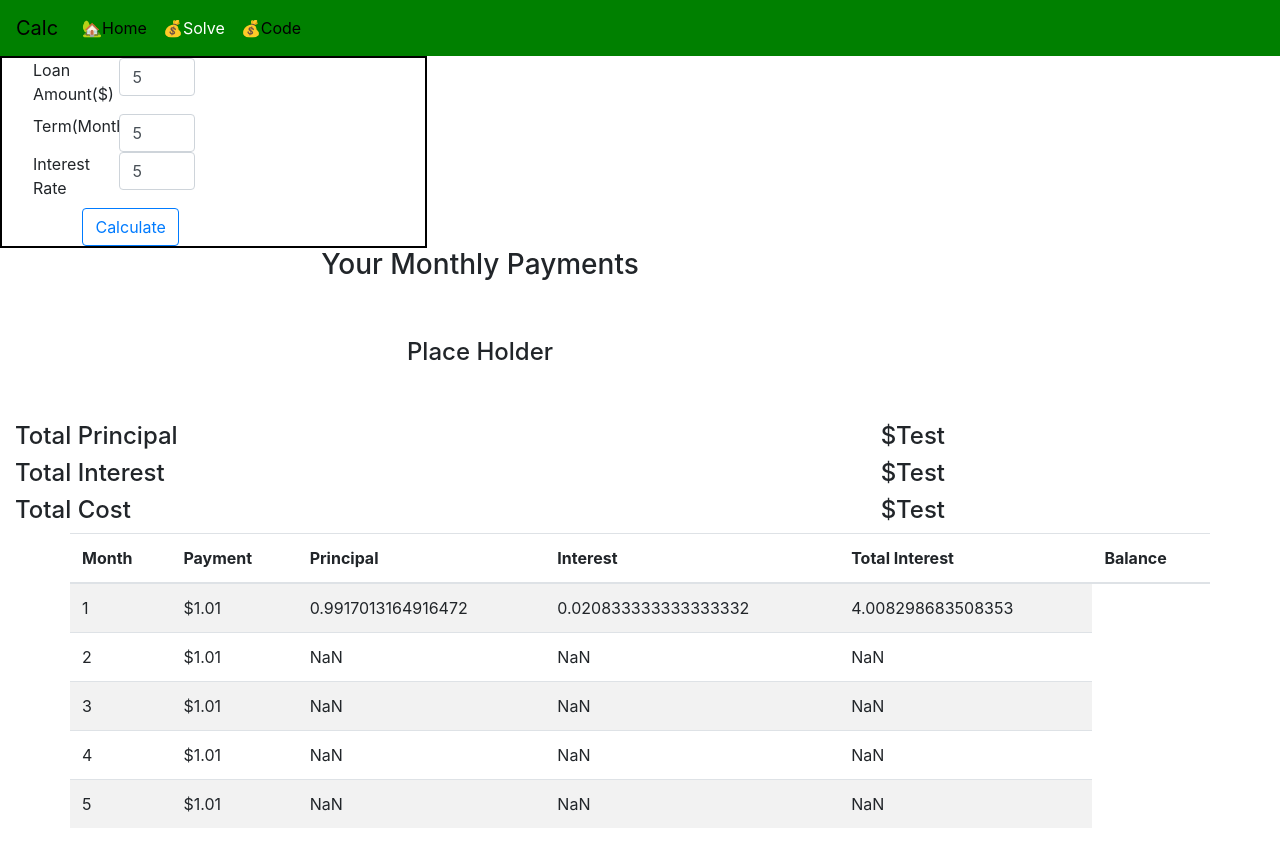
Repository: zhadjah9559/MortgageManager
Page: solve.html
These files come from the project's save history. The page is drawn as it stood at one moment and after a run of saves; the edit follows.
The browser window is 1280 px wide. The pictures show the whole page.
Empty fields were first filled with sample values (such as "Sample", 5 or name@example.com).
After loading, the first visible `button.btn` was clicked once.

Above is the page before, as saved 2021-01-16 14:30:35.

### solve.html
<!doctype html>
<html lang="en">
  <head>
    <title>Mortgage Loan Calculator</title>
    <!-- Required meta tags -->
    <meta charset="utf-8">
    <meta name="viewport" content="width=device-width, initial-scale=1, shrink-to-fit=no">

    <!-- Bootstrap CSS -->
    <link rel="stylesheet" href="https://stackpath.bootstrapcdn.com/bootstrap/4.3.1/css/bootstrap.min.css" integrity="sha384-ggOyR0iXCbMQv3Xipma34MD+dH/1fQ784/j6cY/iJTQUOhcWr7x9JvoRxT2MZw1T" crossorigin="anonymous">
    <link rel="stylesheet" href="css/custom.css">
    <link rel="stylesheet" href="css/prism.css">
  </head>
  <body>

    <nav class="navbar navbar-expand-sm navbar-dark" style="background-color: green;">
        <a class="navbar-brand" href="#">Calc</a>
        <button class="navbar-toggler d-lg-none" type="button" data-toggle="collapse" data-target="#collapsibleNavId" aria-controls="collapsibleNavId"
            aria-expanded="false" aria-label="Toggle navigation"></button>
        <div class="collapse navbar-collapse" id="collapsibleNavId">
            <ul class="navbar-nav mr-auto mt-2 mt-lg-0">
                <li class="nav-item ">
                    <a class="nav-link" href="index.html">🏡Home </a>
                </li>
                <li class="nav-item active">
                    <a class="nav-link" href="solve.html">💰Solve <span class="sr-only">(current)</span></a>
                </li>
                <li class="nav-item">
                    <a class="nav-link" href="code.html">💰Code</a>
                </li>
            </ul>
        </div>
    </nav>

    </div>

    <div class="container-fluid">
        <div class="row">

            <div class="col-lg-4" style="border:2px solid black;">
                <div class="row">
                    <div class="col-2 ml-3">
                        <label for="Loan Amount">Loan Amount($)</label>
                    </div>
                    <div class="col-3 ml-3">
                        <input type="number" class="form-control" id="loanAmount" placeholder="100000">
                    </div>
                </div>
                <div class="row">
                    <div class="col-2 ml-3">
                        <label for="Term">Term(Months)</label>
                    </div>
                    <div class="col-3 ml-3">
                        <input type="number" class="form-control" id="months" placeholder="60">
                    </div>
                </div>
                <div class="row">
                    <div class="col-2 ml-3">
                        <label for="Interest Rate">Interest Rate</label>
                    </div>
                    <div class="col-3 ml-3">
                        <input type="number" class="form-control" id="interestRate" placeholder="3.5%">
                    </div>
                </div>
                <div class="row offset-2">
                    <button class="btn btn-outline-primary" type="submit" onclick="calculateLoan()">Calculate</button>
                </div>
            </div>



            <div class="col-lg-9 mr-3" style="border:px solid black;">
                <div class="row justify-content-center">
                    <h3>Your Monthly Payments</h3>
                </div>


                <div class="row justify-content-center mt-5">
                    <h4 id="monthlyPayment">Place Holder</h4>
                </div>


                <div class="row justify-content-center mt-5">
                    <div class="col-3">
                        <h4>Total Principal</h4>
                    </div>
                    <div class="col-3 offset-6">
                        <h4 id="totalPrincipalOutput" class="text-right">$Test</h4>
                    </div>


                    <div class="col-3">
                        <h4>Total Interest</h4>
                    </div>
                    <div class="col-3 offset-6">
                        <h4 id="totalInterestOutput" class="text-right">$Test</h4>
                    </div>


                    <div class="col-3">
                        <h4>Total Cost</h4>
                    </div>
                    <div class="col-3 offset-6">
                        <h4 id="totalCostOutput" class="text-right">$Test</h4>
                    </div>

                </div>
            </div>

        </div>
    </div>


    <div class="container">
        <div class="row">
            <table class="table table-striped">
                <thead>
                    <tr>
                        <th>Month</th>
                        <th>Payment</th>
                        <th>Principal</th>
                        <th>Interest</th>
                        <th>Total Interest</th>
                        <th>Balance</th>
                    </tr>
                </thead>
                <tbody id="tBody">

                </tbody>
            </table>
        </div>
    </div>



    <!-- Optional JavaScript -->
    <!-- jQuery first, then Popper.js, then Bootstrap JS -->
    <script src="https://code.jquery.com/jquery-3.3.1.slim.min.js" integrity="sha384-q8i/X+965DzO0rT7abK41JStQIAqVgRVzpbzo5smXKp4YfRvH+8abtTE1Pi6jizo" crossorigin="anonymous"></script>
    <script src="https://cdnjs.cloudflare.com/ajax/libs/popper.js/1.14.7/umd/popper.min.js" integrity="sha384-UO2eT0CpHqdSJQ6hJty5KVphtPhzWj9WO1clHTMGa3JDZwrnQq4sF86dIHNDz0W1" crossorigin="anonymous"></script>
    <script src="https://stackpath.bootstrapcdn.com/bootstrap/4.3.1/js/bootstrap.min.js" integrity="sha384-JjSmVgyd0p3pXB1rRibZUAYoIIy6OrQ6VrjIEaFf/nJGzIxFDsf4x0xIM+B07jRM" crossorigin="anonymous"></script>
    <script src="js/custom.js"></script>
    <script src="js/prism.js"></script>
  </body>
</html>

### css/custom.css
.navbar-dark .navbar-nav .active>.nav-link{
    color:white;
}
.navbar-dark .navbar-nav .nav-link{
    color:black;
}
.navbar .navbar-brand{
    color:black;
}

### css/prism.css
/* PrismJS 1.23.0
https://prismjs.com/download.html#themes=prism-okaidia&languages=markup+css+clike+javascript&plugins=normalize-whitespace */
/**
 * okaidia theme for JavaScript, CSS and HTML
 * Loosely based on Monokai textmate theme by http://www.monokai.nl/
 * @author ocodia
 */

code[class*="language-"],
pre[class*="language-"] {
	color: #f8f8f2;
	background: none;
	text-shadow: 0 1px rgba(0, 0, 0, 0.3);
	font-family: Consolas, Monaco, 'Andale Mono', 'Ubuntu Mono', monospace;
	font-size: 1em;
	text-align: left;
	white-space: pre;
	word-spacing: normal;
	word-break: normal;
	word-wrap: normal;
	line-height: 1.5;

	-moz-tab-size: 4;
	-o-tab-size: 4;
	tab-size: 4;

	-webkit-hyphens: none;
	-moz-hyphens: none;
	-ms-hyphens: none;
	hyphens: none;
}

/* Code blocks */
pre[class*="language-"] {
	padding: 1em;
	margin: .5em 0;
	overflow: auto;
	border-radius: 0.3em;
}

:not(pre) > code[class*="language-"],
pre[class*="language-"] {
	background: #272822;
}

/* Inline code */
:not(pre) > code[class*="language-"] {
	padding: .1em;
	border-radius: .3em;
	white-space: normal;
}

.token.comment,
.token.prolog,
.token.doctype,
.token.cdata {
	color: #8292a2;
}

.token.punctuation {
	color: #f8f8f2;
}

.token.namespace {
	opacity: .7;
}

.token.property,
.token.tag,
.token.constant,
.token.symbol,
.token.deleted {
	color: #f92672;
}

.token.boolean,
.token.number {
	color: #ae81ff;
}

.token.selector,
.token.attr-name,
.token.string,
.token.char,
.token.builtin,
.token.inserted {
	color: #a6e22e;
}

.token.operator,
.token.entity,
.token.url,
.language-css .token.string,
.style .token.string,
.token.variable {
	color: #f8f8f2;
}

.token.atrule,
.token.attr-value,
.token.function,
.token.class-name {
	color: #e6db74;
}

.token.keyword {
	color: #66d9ef;
}

.token.regex,
.token.important {
	color: #fd971f;
}

.token.important,
.token.bold {
	font-weight: bold;
}
.token.italic {
	font-style: italic;
}

.token.entity {
	cursor: help;
}

### js/custom.js
function calculateLoan(){
    let loanAmount = parseInt( document.getElementById("loanAmount").value )
    let months = parseInt( document.getElementById("months").value )
    //before the very first month
    let remainingBalance = new Array()
    remainingBalance.push( loanAmount )

    //DONT FORGET TO CONVERT THIS TO A PERCENTAGE
    let interestRate = parseInt( document.getElementById("interestRate").value )

    //Keep track of interest payments
    let interestPayment = new Array();

    //Keep track of principal payments
    let principalPayments = new Array();

    //END OF DECLARATIONS*******************************************************

    //input validation to make sure interest is solid number
    if(interestRate >= 100){

    }

    //Total Monthly Payment  ***STATIC variable***                                       //(1+rate/1200)^(-NumberOfMonths)
    const totalMonthlyPayment = (loanAmount) * (interestRate/1200) / (1 -   Math.pow( (1 + interestRate/1200) , (-months) ) )


    //loop will perform 60 times meaning you will get 60 indices
    for (let i = 0; i < months; i++) {
        //Interest Payment
        interestPayment.push(  (remainingBalance) * (interestRate/1200)  )

        //principal payment
        principalPayments.push(  totalMonthlyPayment - interestPayment  )

        remainingBalance.push( remainingBalance - principalPayments)
    }






    //will later on be used in order to display output
    let tBody ="";
    for (let i = 0; i < months; i++) {
        tBody += `<tr> <td>${ i+1 }</td> <td>$${  (Math.round(totalMonthlyPayment * 100) / 100).toFixed(2) }</td>
                  <td>${ principalPayments[i] }</td> <td>${ interestPayment[i] }</td>
                  <td>${ remainingBalance[i+1] }</td> </tr>`
    }
    document.getElementById("tBody").innerHTML = tBody


}

Loaded but not shown: js/prism.js (library)

After the next 2 saves:
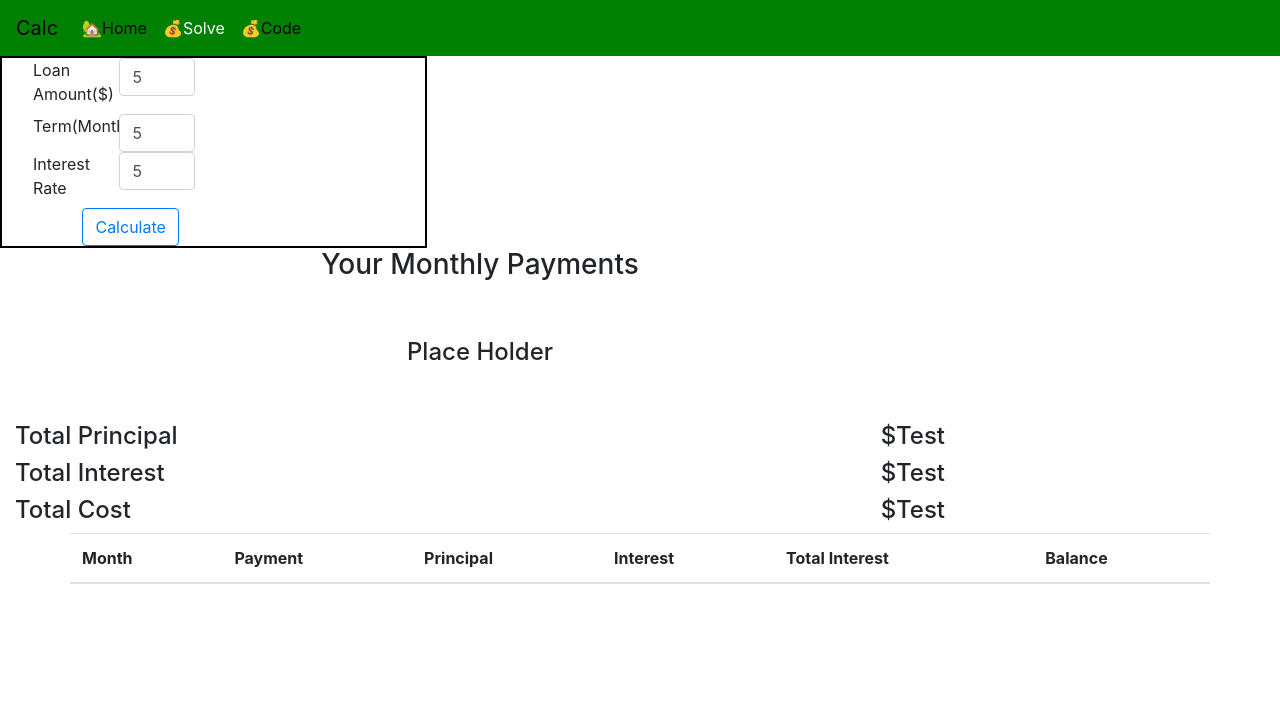
Console error (its wording comes from the project's code and is left out).
The 2 saves are shown as one change because they came seconds apart.
The last was saved 107 s later.
--- a/js/custom.js
+++ b/js/custom.js
@@ -45,7 +45,7 @@
     let tBody ="";
     for (let i = 0; i < months; i++) {
         tBody += `<tr> <td>${ i+1 }</td> <td>$${  (Math.round(totalMonthlyPayment * 100) / 100).toFixed(2) }</td>
-                  <td>${ principalPayments[i] }</td> <td>${ interestPayment[i] }</td>
+                  <td>${  (Math.round(totalMonthlyPayment * 100) / 100).toFixed(2)  principalPayments[i] }</td> <td>${ interestPayment[i] }</td>
                   <td>${ remainingBalance[i+1] }</td> </tr>`
     }
     document.getElementById("tBody").innerHTML = tBody

After the save that followed:
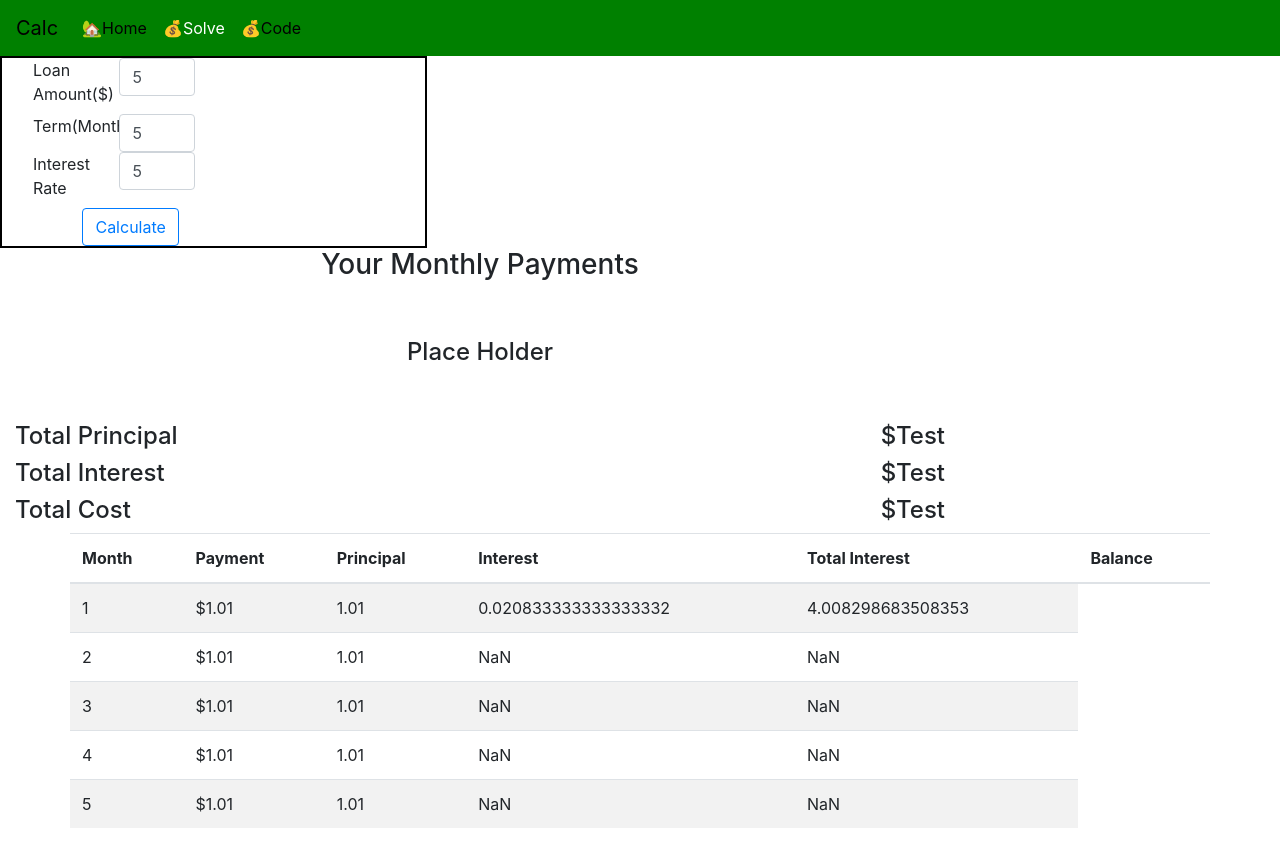
The error is gone.
Saved 11 s later.
--- a/js/custom.js
+++ b/js/custom.js
@@ -45,7 +45,7 @@
     let tBody ="";
     for (let i = 0; i < months; i++) {
         tBody += `<tr> <td>${ i+1 }</td> <td>$${  (Math.round(totalMonthlyPayment * 100) / 100).toFixed(2) }</td>
-                  <td>${  (Math.round(totalMonthlyPayment * 100) / 100).toFixed(2)  principalPayments[i] }</td> <td>${ interestPayment[i] }</td>
+                  <td>${  (Math.round(totalMonthlyPayment * 100) / 100).toFixed(2)   }</td> <td>${ interestPayment[i] }</td>
                   <td>${ remainingBalance[i+1] }</td> </tr>`
     }
     document.getElementById("tBody").innerHTML = tBody
